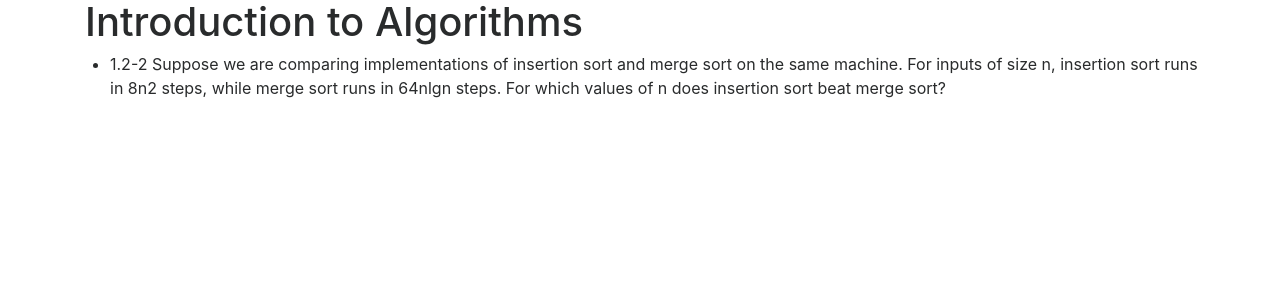
Repository: baltejas/algorithms
Page: algorithms/src/main/webapp/WEB-INF/views/index.html
These files come from the project's save history. The page is drawn as it stood at one moment and after the next save; the edit follows.
The browser window is 1280 px wide. The pictures show the whole page.

Above is the page before, as saved 2017-05-06 17:16:39.

### algorithms/src/main/webapp/WEB-INF/views/index.html
<html>
	<head>
		<link rel="stylesheet" href="resources/css/bootstrap.css">
	</head>
	<body>
		<div class="container">
		<h1>Introduction to Algorithms</h1>
			<div class="row">
				<div class="column">
					<ul>
						<li>1.2-2 Suppose we are comparing implementations of insertion sort and merge sort on the same machine. For inputs of size n, insertion sort runs in 8n2 steps, while merge sort runs in 64nlgn steps. For which values of n does insertion sort beat merge sort?</li>
					</ul>
				</div>
			</div>
		</div>
	</body>
</html>

Loaded but not shown: algorithms/src/main/webapp/resources/css/bootstrap.css (library)

After the next save:
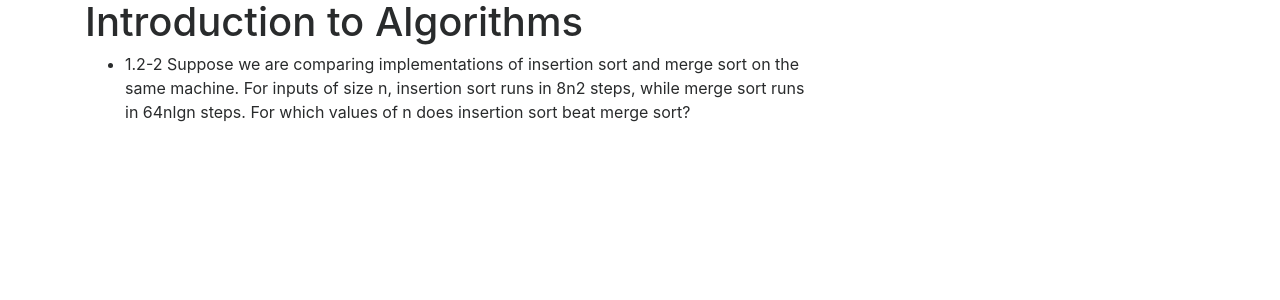
Saved 44 s later.
--- a/algorithms/src/main/webapp/WEB-INF/views/index.html
+++ b/algorithms/src/main/webapp/WEB-INF/views/index.html
@@ -6,7 +6,7 @@
 		<div class="container">
 		<h1>Introduction to Algorithms</h1>
 			<div class="row">
-				<div class="column">
+				<div class="col-md-8">
 					<ul>
 						<li>1.2-2 Suppose we are comparing implementations of insertion sort and merge sort on the same machine. For inputs of size n, insertion sort runs in 8n2 steps, while merge sort runs in 64nlgn steps. For which values of n does insertion sort beat merge sort?</li>
 					</ul>
